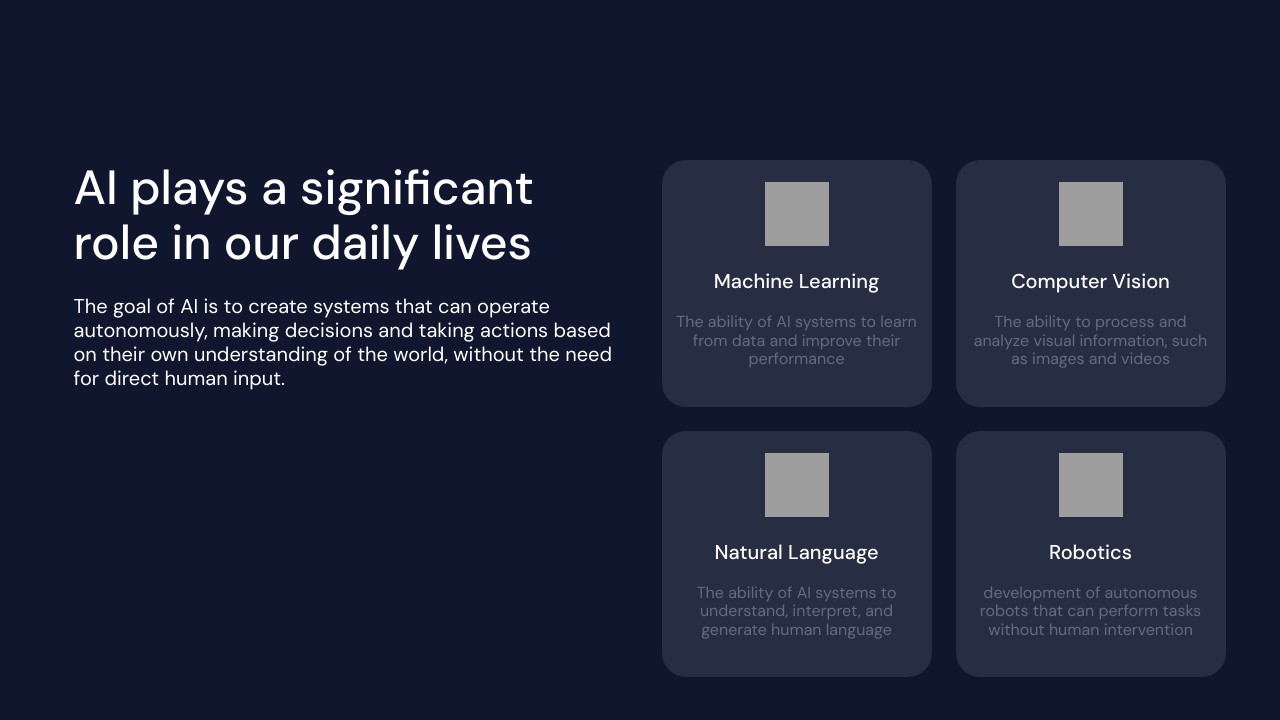
Repository: guli95/four-areas-of-AI-INVO-ACAdemy
Page: /
The author's editor kept a copy of each file at every save. The page is drawn from the files as they stood at one save, then again after the next save.
The browser window is 1280 px wide. The pictures show the whole page.
Pictures or frames that could not be fetched are drawn as grey boxes. The project was rebuilt for these pictures with package versions that can differ from the ones it lists, and the page was loaded fresh each time.

Above is the page before, as saved 2023-03-13 15:41:13.

After the next save:
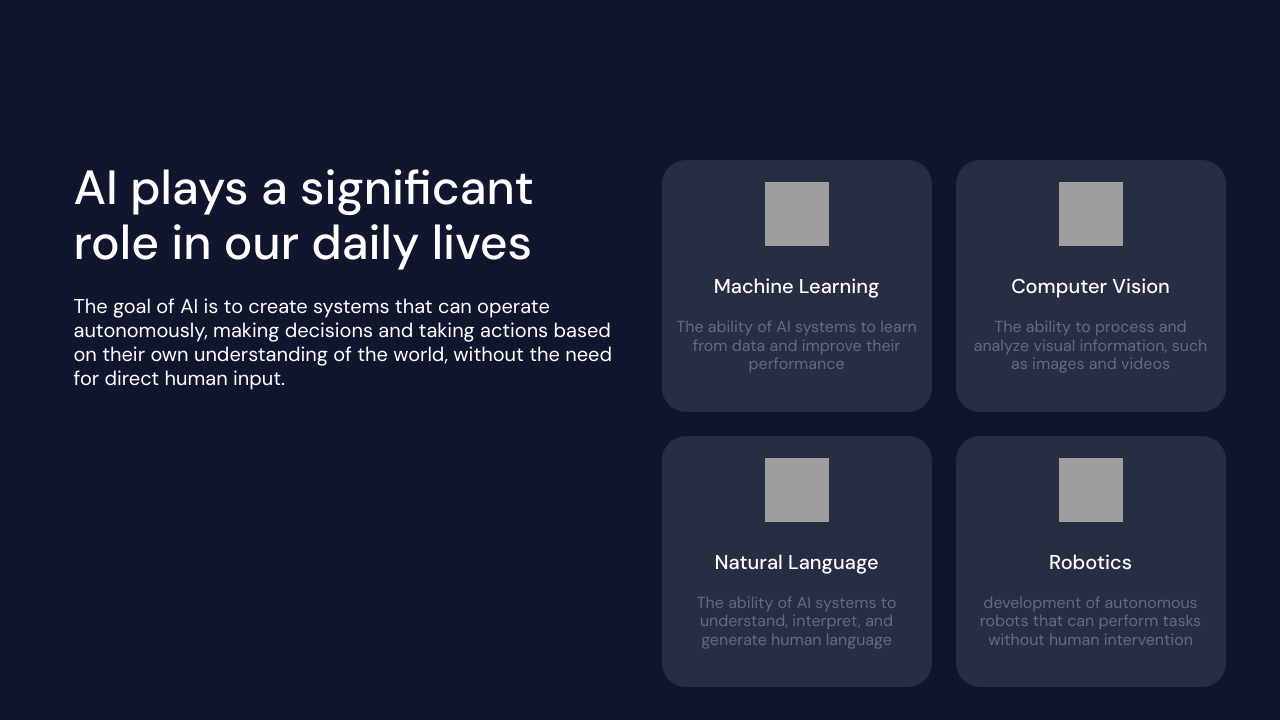
Saved 70 s later.
--- a/src/pages/home-page/styles/home-page.scss
+++ b/src/pages/home-page/styles/home-page.scss
@@ -96,6 +96,7 @@
             .card-title{
                 font-size: var(--text-m);
                 font-weight: 500;
+                padding-top: 5px;
             }
             .card-text{
                 font-size: var(--text-s);

After the save that followed:
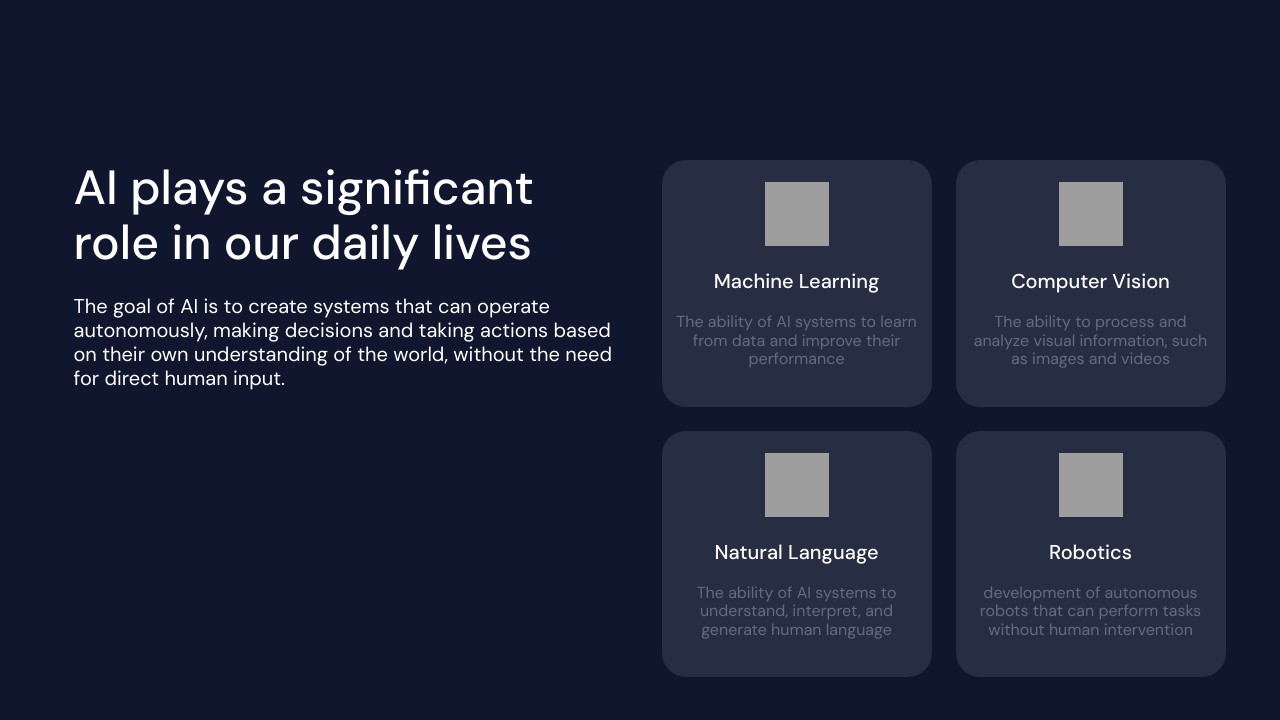
Saved 7 s later.
--- a/src/pages/home-page/styles/home-page.scss
+++ b/src/pages/home-page/styles/home-page.scss
@@ -96,7 +96,7 @@
             .card-title{
                 font-size: var(--text-m);
                 font-weight: 500;
-                padding-top: 5px;
+                padding-top: -3px;
             }
             .card-text{
                 font-size: var(--text-s);
